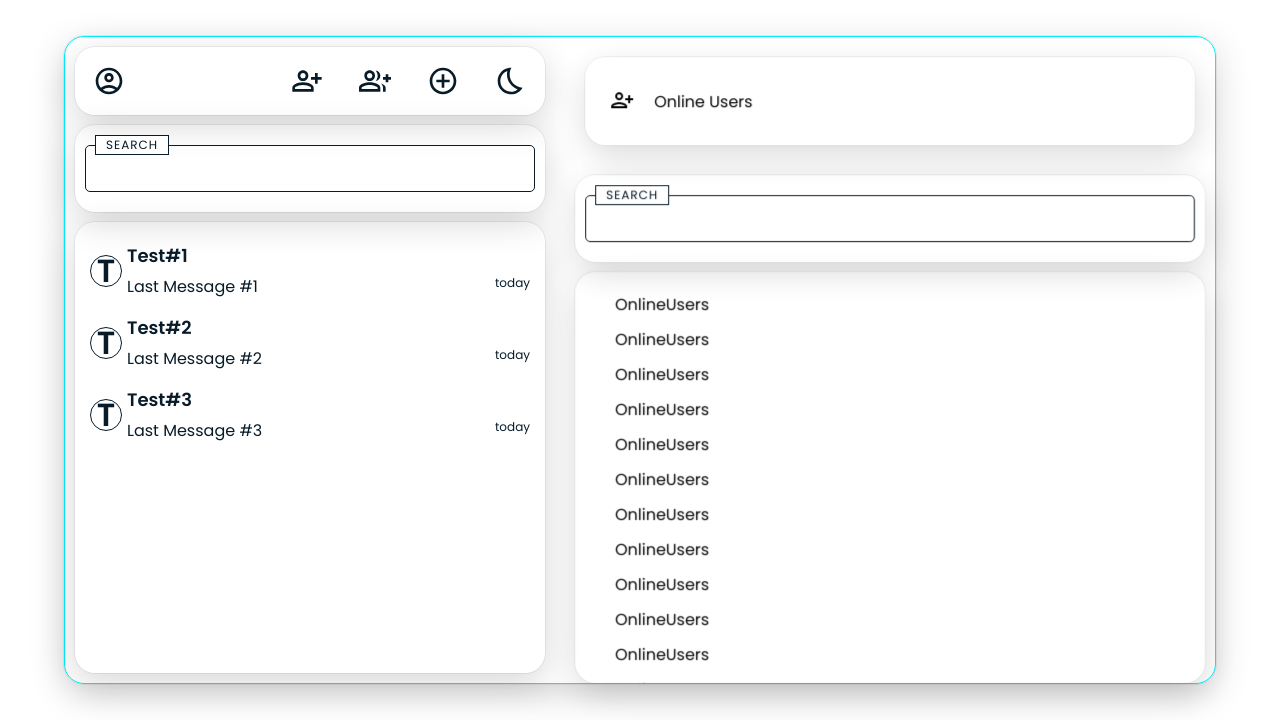
Repository: swastikjhacoder/mern-chat-frontend-only
Page: /users
These files come from the project's save history. The page is drawn as it stood at one moment and after a run of saves; the edit follows.
The browser window is 1280 px wide. The pictures show the whole page.
An inner scrolling area shows only its first screen. The project was rebuilt for these pictures with package versions that can differ from the ones it lists, and the page was loaded fresh each time. Also part of the build but not shown: src/components/loginSignup/Login.jsx, src/components/chat/MessageOthers.jsx, src/components/chat/MessageSelf.jsx, src/components/chat/ChatContainer.jsx. Imported but missing from the stored project, and not drawn on this page: src/components/loginSignup/SignUp.

Above is the page before, as saved 2023-09-21 22:24:44.

After the next 4 saves:
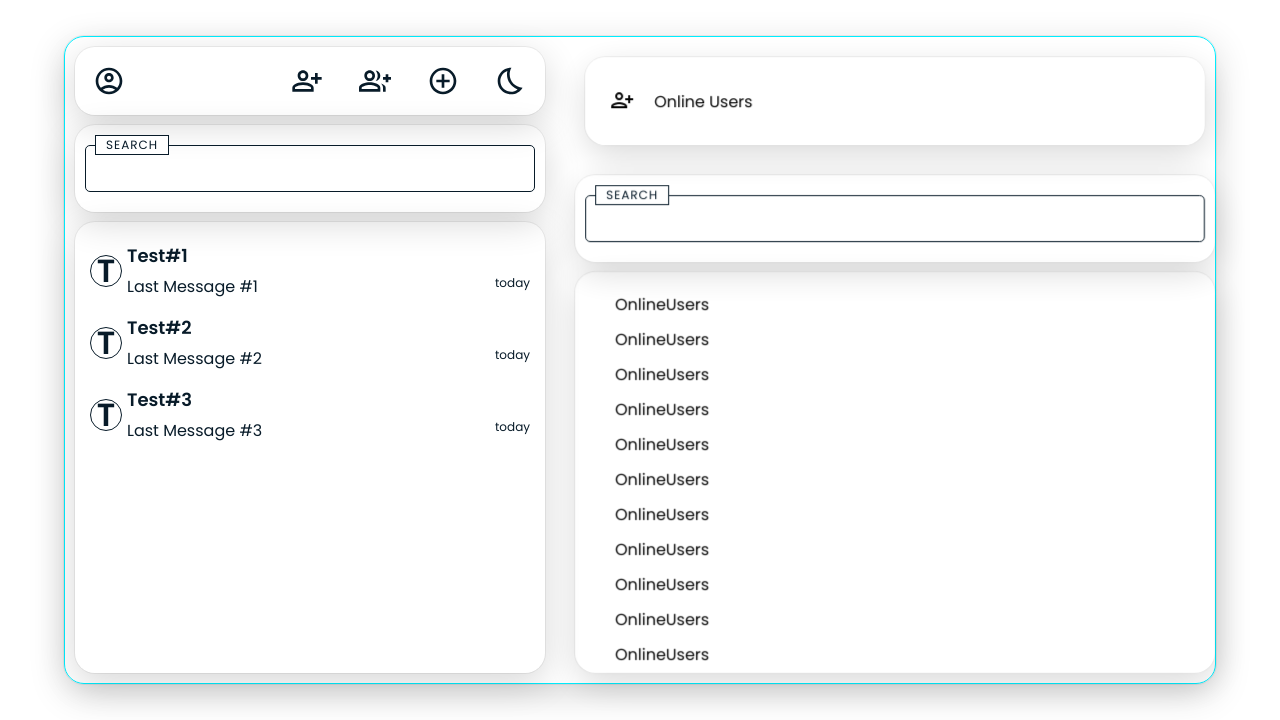
The 4 saves are shown as one change because they came seconds apart.
The last was saved 23 s later.
--- a/src/index.css
+++ b/src/index.css
@@ -183,7 +183,7 @@ body {
   display: flex;
   flex-direction: column;
   gap: 10px;
-  padding: 10px 10px 0 10px;
+  padding: 10px 0 10px 10px;
 }
 
 .chat-header {
